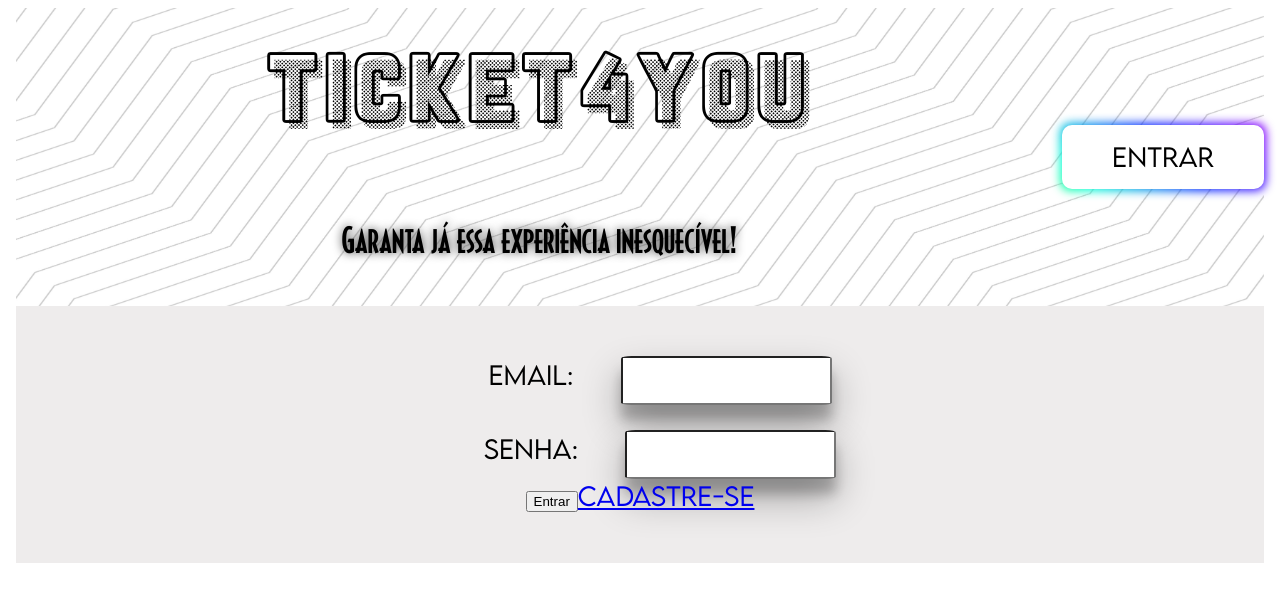
Repository: hellengurgaczz/projeto-DSA
Page: /login
The author's editor kept a copy of each file at every save. The page is drawn from the files as they stood at one save, then again after a run of saves.
The browser window is 1280 px wide. The pictures show the whole page.
The project was rebuilt for these pictures with package versions that can differ from the ones it lists, and the page was loaded fresh each time. Some packages were replaced by stand-ins written for this rebuild. Also part of the build but not shown: angular.json, src/app/ingressos/templates/cadastrar/cadastrar.component.ts, src/app/models/ingresso.model.ts, src/app/services/ingresso.service.ts, src/app/compra/comprar-ingresso/comprar-ingresso.component.ts, src/app/models/compra.model.ts, src/app/services/compra.service.ts, src/app/ingressos/templates/deletar/deletar.component.ts and 3 more.

Above is the page before, as saved 2022-05-10 12:34:55.

After the next 3 saves:
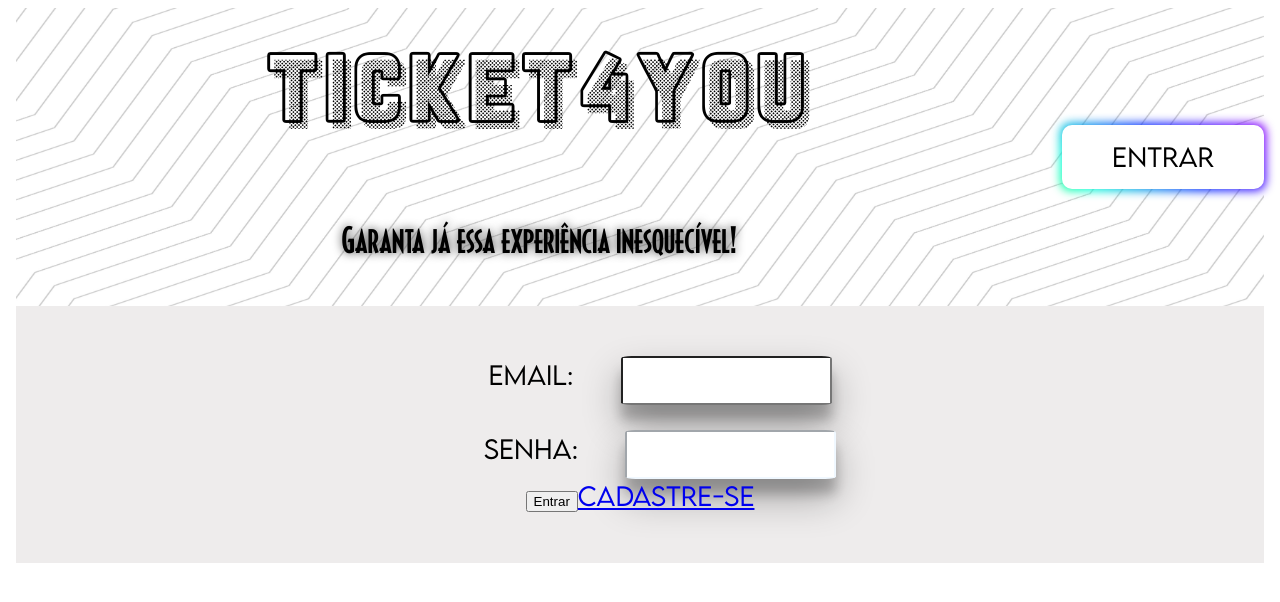
The 3 saves are shown as one change because they came seconds apart.
The last was saved 9 s later.
--- a/src/app/login/login.component.css
+++ b/src/app/login/login.component.css
@@ -23,6 +23,7 @@
   padding: 15px;
   border-radius: 5%;
   box-shadow: rgba(0, 0, 0, 0.3) 0px 19px 38px, rgba(0, 0, 0, 0.22) 0px 15px 12px;
+  border-color: aliceblue;
 }
 
 @font-face{
